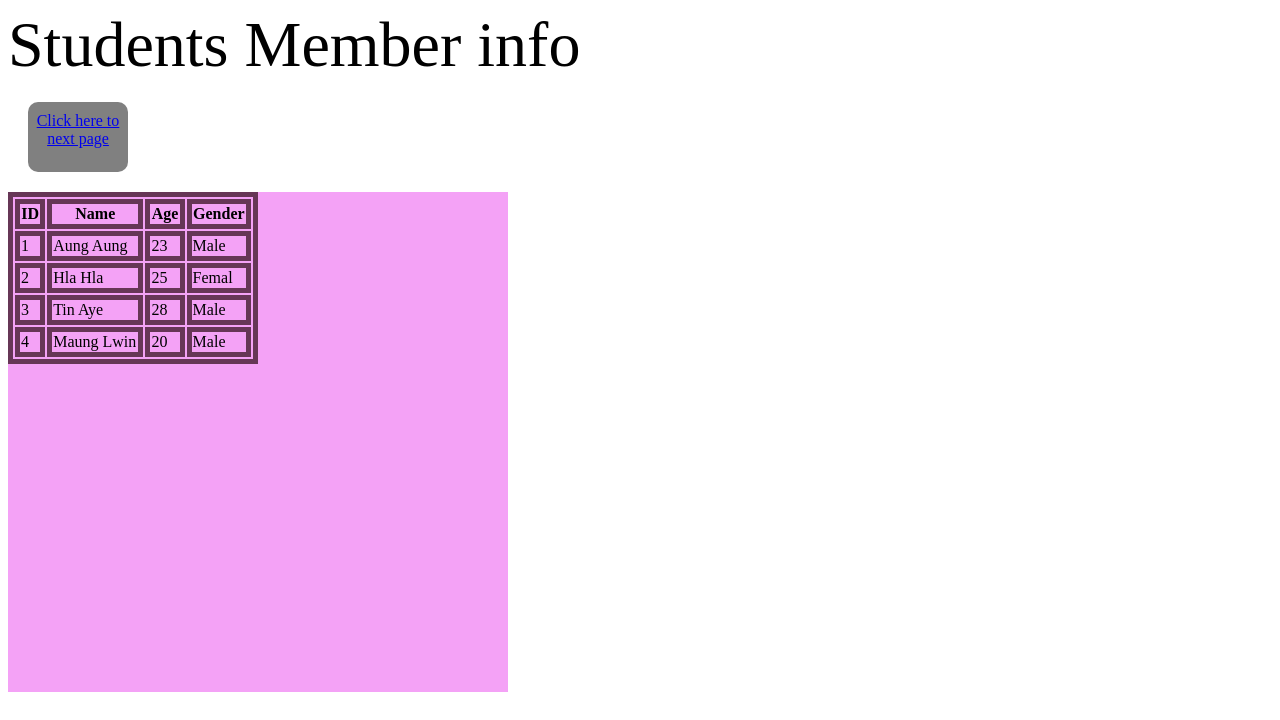
Repository: ThantLwinSoe/Servlet
Page: 01-Communication/src/main/webapp/index.html
An editor plug-in stored every save of this project. The page is shown before and after the next save, followed by the edit.
The browser window is 1280 px wide. The pictures show the whole page.

Above is the page before, as saved 2023-02-07 03:01:27.

After the next save:
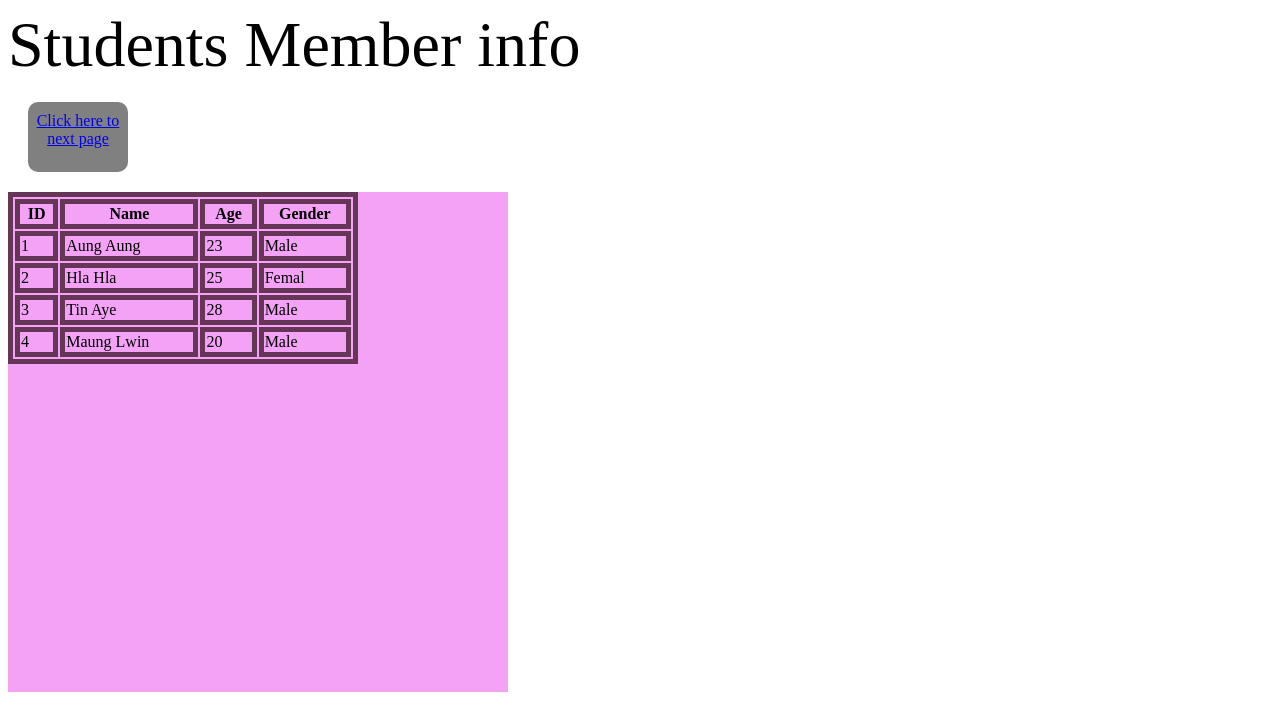
Saved 8 s later.
--- a/01-Communication/src/main/webapp/index.html
+++ b/01-Communication/src/main/webapp/index.html
@@ -35,7 +35,7 @@ h {
 		<a href="hello">Click here to next page</a>
 	</div>
 	<div class="st_info">
-		<table class="table_one" width="50%">
+		<table class="table_one" width="70%">
 			<thead>
 				<tr>
 					<th>ID</th>
